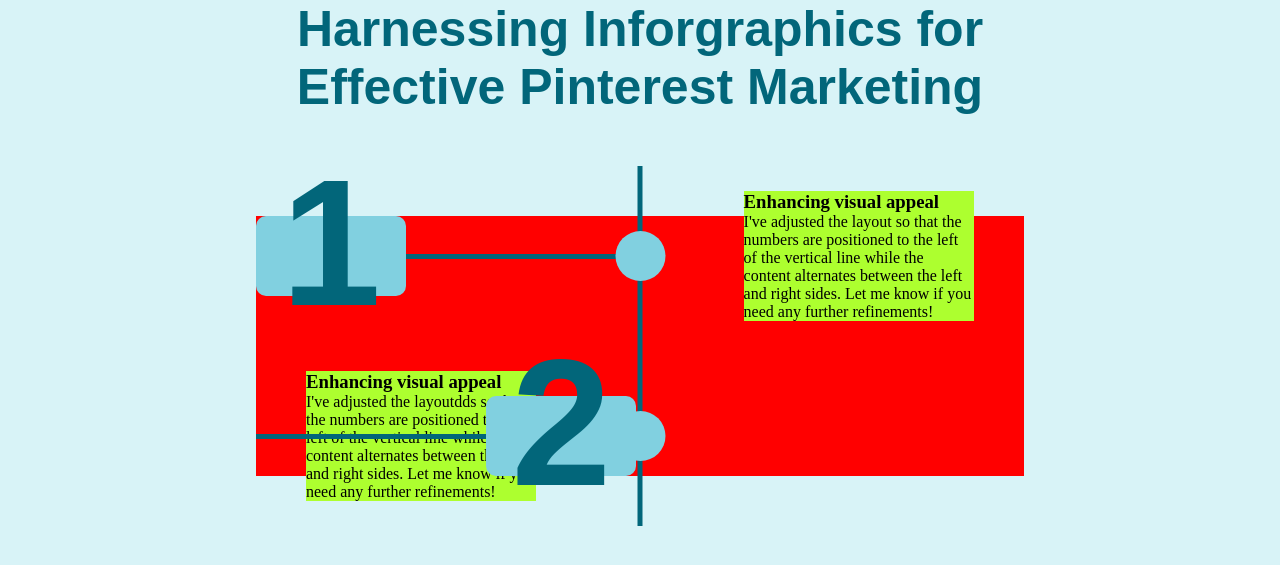
Repository: ayushrajput545/InforGraphic-page
Page: index.html
An editor plug-in stored every save of this project. The page is shown before and after the next save, followed by the edit.
The browser window is 1280 px wide. The pictures show the whole page.
Some web fonts or font styles are not loaded; a fallback is used.

Above is the page before, as saved 2025-04-01 23:11:02.

### index.html
<!DOCTYPE html>
<html lang="en">
<head>
    <meta charset="UTF-8">
    <meta name="viewport" content="width=device-width, initial-scale=1.0">
    <link rel="stylesheet" href="style.css">
    <link rel="preconnect" href="https://fonts.googleapis.com">
    <link rel="preconnect" href="https://fonts.gstatic.com" crossorigin>
    <link href="https://fonts.googleapis.com/css2?family=Protest+Riot&display=swap" rel="stylesheet">
</head>
<body>

    <h1 class="header">Harnessing Inforgraphics for Effective Pinterest Marketing</h1>



    <div class="container">

        <div class="content-steps-odd">

            <div class="overlap">
                <h1 class="steps">1</h1>
            </div>

            <div class="line-horizontal"></div>

            <div class="line-vertical">
                <div class="circle"></div>
            </div>

            <div class="content-right">

                <h3 id="content-header">Enhancing visual appeal</h3>
                <p>I've adjusted the layout so that the numbers are positioned to the left of the vertical line while the content alternates between the left and right sides. Let me know if you need any further refinements!</p>

            </div>

        </div>


        <div class="content-steps-even">


            <div class="content-right-even">

                <h3 id="content-header">Enhancing visual appeal</h3>
                <p>I've adjusted the layoutdds so that the numbers are positioned to the left of the vertical line while the content alternates between the left and right sides. Let me know if you need any further refinements!</p>

            </div>

            <div class="line-vertical">
                <div class="circle"></div>
            </div>


            <div class="line-horizontal-right"></div>


            <div class="overlap-even">
                <h1 class="steps-even">2</h1>
            </div>







        </div>


    </div>

</body>
</html>

### style.css
*{
    margin: 0;
    padding: 0;
    box-sizing: border-box;
}

body{
    background-color: #d8f3f7;;
}

.header{
    font-family: "Protest Riot", sans-serif;
    text-align: center;
    max-width: 60%;
    margin: auto;
    font-size: 50px;
    font-weight: bold;
    color: #02667a;
}

.container{
    position: relative;
    width: 60%;
    margin: auto;
    background-color: red;
    margin-top: 100px;
}

.content-steps-odd{
    display: flex;
    align-items: center;
    position: relative;
    margin-bottom: 100px;
}

.overlap{
    background-color: #81d0e0;
    width: 150px;
    height: 80px;
    position: relative;
    z-index: 1;
    display: flex;
    justify-content: center;
    border-radius: 10px;
}

.steps{
    font-family: "Protest Riot", sans-serif;
    font-size: 180px;
    font-weight: bold;
    color: #02667a;
    position: absolute;
    z-index: 2;
    bottom: -50px;
}

.line-horizontal{
    background-color: #02667a;
    width: 30%;
    height: 5px;
    position: relative;
}

.circle {
    width: 50px;
    height: 50px;
    background-color: #81d0e0;
    border-radius: 50%;
    position: absolute;
    left: 50%;
    transform: translate(-50%, -50%); /* Ensures proper overlap */
    top: 90px; /* Places it at the intersection */
}



.line-vertical {
    width: 5px; /* Thickness of the line */
    height: 180px; /* Adjust as needed */
    background-color: #02667a;
    position: absolute;
    left: 50%; /* Centers the line */
    transform: translateX(-50%);

}

.content-right{
    background-color: greenyellow;
    width: 30%;
    position: absolute;
    right: 50px
}



/* Even */
.content-steps-even{
    display: flex;
    align-items: center;
    position: relative;
}

.overlap-even{
    background-color: #81d0e0;
    width: 150px;
    height: 80px;
    position: relative;
    z-index: 1;
    display: flex;
    justify-content: center;
    border-radius: 10px;
}

.steps-even{
    font-family: "Protest Riot", sans-serif;
    font-size: 180px;
    font-weight: bold;
    color: #02667a;
    position: absolute;
    z-index: 2;
    bottom: -50px;

}


.line-horizontal-right{
    background-color: #02667a;
    width: 30%;
    height: 5px;
    position: relative;

}

.content-right-even{
    background-color: greenyellow;
    width: 30%;
    position: absolute;
    left: 50px
}

After the next save:
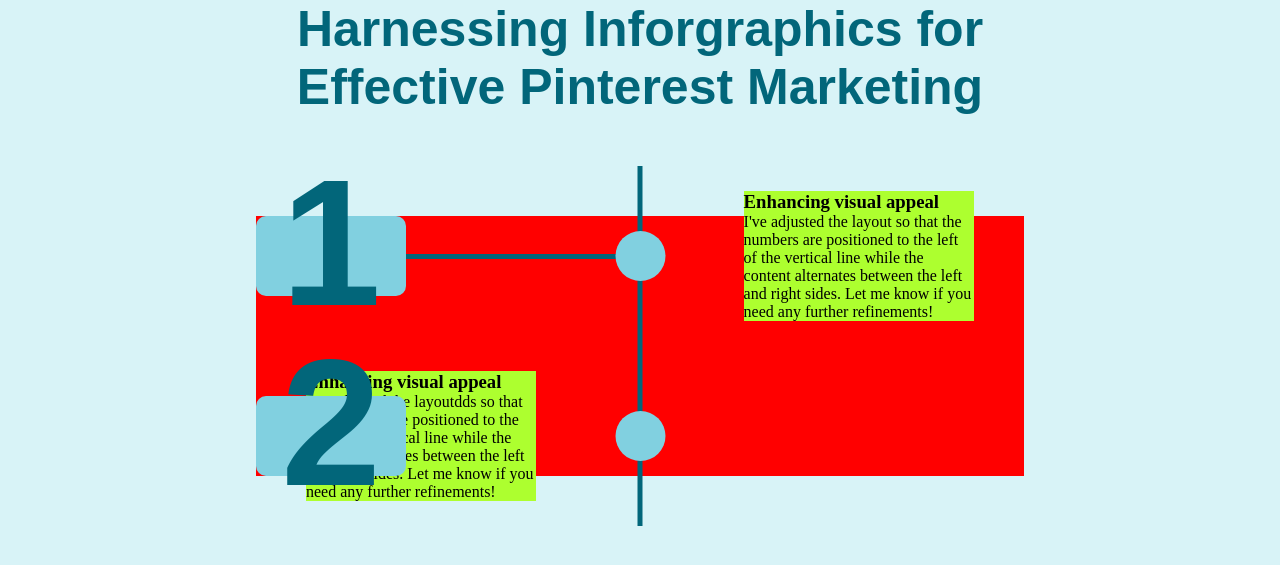
Saved 38 s later.
--- a/style.css
+++ b/style.css
@@ -125,7 +125,7 @@
 
 .line-horizontal-right{
     background-color: #02667a;
-    width: 30%;
+    width: -30%;
     height: 5px;
     position: relative;
 

After the save that followed:
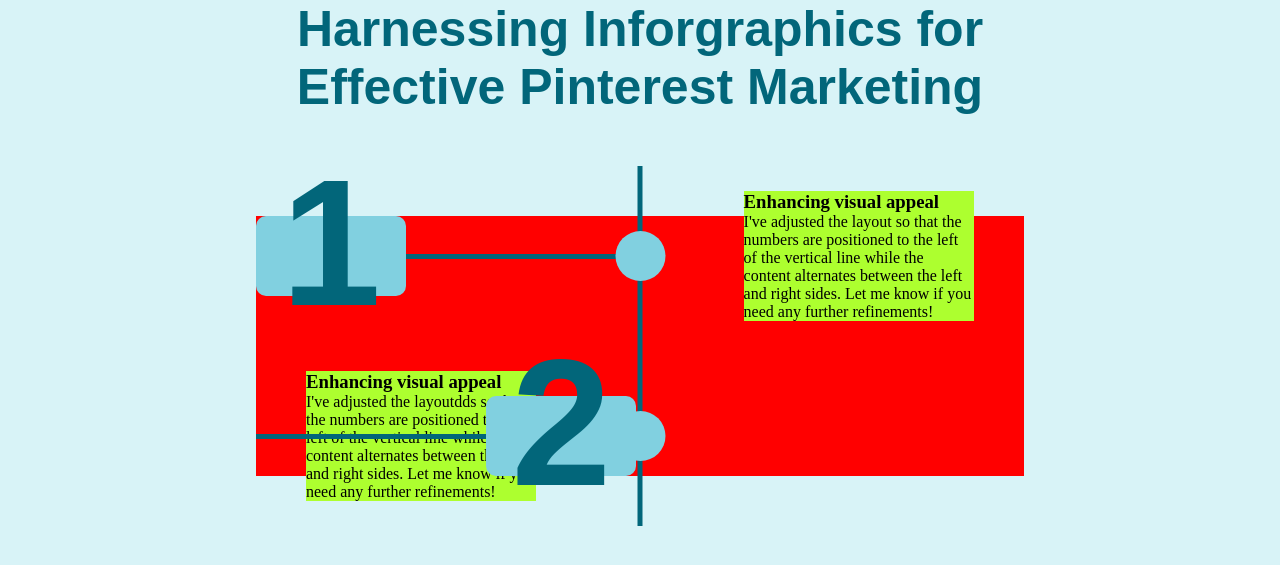
Saved 12 s later.
--- a/style.css
+++ b/style.css
@@ -125,7 +125,7 @@
 
 .line-horizontal-right{
     background-color: #02667a;
-    width: -30%;
+    width: 30%;
     height: 5px;
     position: relative;
 
